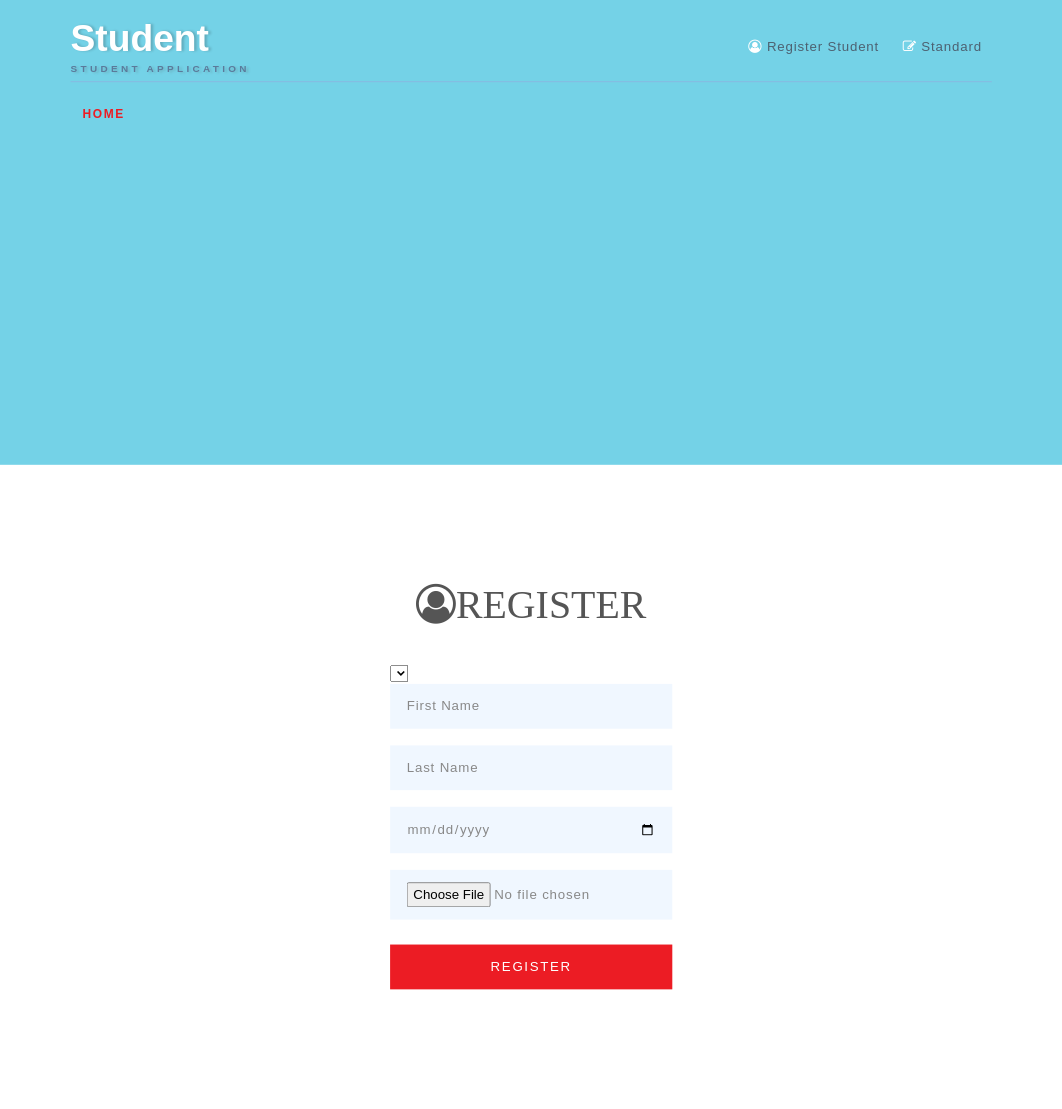
Repository: PallaviMadiya/Java-Framework-
Page: http://localhost/StudentApplication/register.jsp
These files come from the project's save history. The page is drawn as it stood at one moment and after the next save; the edit follows.
The browser window is 1280 px wide. The pictures show the whole page, at 83% of full size.
Some web fonts or font styles are not loaded; a fallback is used. The page is served by Tomcat 9. Other server files are loaded and not shown. Queries for data that is not in the repository find no rows.

Above is the page before, as saved 2023-10-17 14:18:23.

### StudentApplication/src/main/webapp/register.jsp

<%@ page language="java" contentType="text/html; charset=ISO-8859-1"
    pageEncoding="ISO-8859-1"%>
    <%@page import="dao.StudentDao"%>
<%@page import="model.Standard"%>
<%@page import="java.util.*"%>
<!DOCTYPE html>
<html>
<head>
<meta charset="ISO-8859-1">
<title>Insert title here</title>
</head>
<body>
<%@include file="header.jsp" %>
 <!-- //banner-->
    <!--/login -->
    <section class="banner-bottom py-5">
        <div class="container">
            <div class="content-grid">
                <div class="text-center icon">
                    <span class="fa fa-user-circle-o">REGISTER</span>
                </div>
                <div class="content-bottom">

                    <form action="StudentController" method="post">
                        <%List<Standard> list = StudentDao.getStandardList(); %>

                    	<select name="Standard">
							<% for (Standard l : list) { %>
								<option value="<%=l.getName() %>"></option>
							<% } %>
						</select>


                        <div class="field-group">
                            <div class="content-input-field">
                                <input name="fname" id="text1" type="text" value="" placeholder="First Name" required="">
                            </div>
                        </div>

                        <div class="field-group">
                            <div class="content-input-field">
                                <input name="lname" id="text1" type="text" value="" placeholder="Last Name" required="">
                            </div>
                        </div>

                        <div class="field-group">
                            <div class="content-input-field">
                                <input name="dob" id="text1" type="date" value="" placeholder="Date Of Birth" required="">
                            </div>
                        </div>

                        <div class="field-group">
                            <div class="content-input-field">
                                <input name="image" id="text1" type="file" value="" placeholder="Student Image" required="">
                            </div>
                        </div>


                        <div class="content-input-field">
                            <button type="submit" class="btn" name="action" value="register">Register</button>
                        </div>

                    </form>
                </div>
            </div>
        </div>
    </section>
    <!-- /login -->
</body>
</html>

### StudentApplication/src/main/webapp/header.jsp
<%@ page language="java" contentType="text/html; charset=ISO-8859-1"
    pageEncoding="ISO-8859-1"%>
<!--
Author:W3layouts
Author URL: http://w3layouts.com
License: Creative Commons Attribution 3.0 Unported
License URL: http://creativecommons.org/licenses/by/3.0/
-->

<!DOCTYPE html>
<html lang="zxx">

<head>
    <title>Baggage Ecommerce Category Bootstrap Responsive Web Template | Home :: W3layouts</title>
    <!-- Meta tag Keywords -->
    <meta name="viewport" content="width=device-width, initial-scale=1">
    <meta charset="UTF-8" />
    <meta name="keywords" content="Baggage Responsive web template, Bootstrap Web Templates, Flat Web Templates, Android Compatible web template, Smartphone Compatible web template, free webdesigns for Nokia, Samsung, LG, SonyEricsson, Motorola web design" />
    <script>
        addEventListener("load", function() {
            setTimeout(hideURLbar, 0);
        }, false);

        function hideURLbar() {
            window.scrollTo(0, 1);
        }
    </script>
    <!-- //Meta tag Keywords -->
    <!-- Custom-Files -->
    <link rel="stylesheet" href="css/bootstrap.css">
    <!-- Bootstrap-Core-CSS -->
    <link rel="stylesheet" href="css/style.css" type="text/css" media="all" />
    <!-- Style-CSS -->
    <!-- font-awesome-icons -->
    <link href="css/font-awesome.css" rel="stylesheet">
    <!-- //font-awesome-icons -->
    <!-- /Fonts -->
    <link href="//fonts.googleapis.com/css?family=Hind:300,400,500,600,700" rel="stylesheet">
    <!-- //Fonts -->

</head>

<body>
    <div class="main-sec">
        <!-- //header -->
        <header class="py-sm-3 pt-3 pb-2" id="home">
            <div class="container">
                <!-- nav -->
                <div class="top-w3pvt d-flex">
                    <div id="logo">
                        <h1> <a href="index.jsp"><span class="log-w3pvt">Student</a> <label class="sub-des">Student Application</label></h1>
                    </div>

                    <div class="forms ml-auto">
                        <a href="register.jsp" class="btn"><span class="fa fa-user-circle-o"></span> Register Student</a>
                        <a href="stadard.jsp" class="btn"><span class="fa fa-pencil-square-o"></span> Standard</a>
                    </div>
                </div>
                <div class="nav-top-wthree">
                    <nav>
                        <label for="drop" class="toggle"><span class="fa fa-bars"></span></label>
                        <input type="checkbox" id="drop" />
                        <ul class="menu">
                            <li class="active"><a href="index.jsp">Home</a></li>

                        </ul>
                    </nav>
                    <!-- //nav -->
                    <div class="clearfix"></div>
                </div>
            </div>
        </header>
        <!-- //header -->

       </div>
  </body>
  </html>

### StudentApplication/src/main/java/dao/StudentDao.java
package dao;

import java.sql.Connection;
import java.sql.PreparedStatement;
import java.sql.ResultSet;
import java.sql.Statement;
import java.util.ArrayList;
import java.util.List;

import connection.DBConnection;
import model.Standard;

public class StudentDao {

	public static List<Standard> getStandardList(){
		List<Standard> listStandard= new ArrayList<Standard>();
		try {
			Connection conn =  DBConnection.createConnection();
			String sql = "SELECT * FROM standard";
			PreparedStatement pst = conn.prepareStatement(sql);
			ResultSet rs = pst.executeQuery();
			while(rs.next()) {
				Standard s = new Standard();
				s.setId(rs.getInt("id"));
				s.setName(rs.getString("name"));
				s.setStatus(rs.getString("status"));
				listStandard.add(s);
			}

		}catch(Exception e) {
			e.printStackTrace();
		}
		return listStandard;
	}
}

### StudentApplication/src/main/java/connection/DBConnection.java
package connection;

import java.sql.Connection;
import java.sql.DriverManager;

public class DBConnection {
	public static Connection createConnection() {
		Connection conn = null;
		try {
			Class.forName("com.mysql.cj.jdbc.Driver");
			conn = DriverManager.getConnection("jdbc:mysql://localhost:3306/testdb","root","");
		}catch(Exception e){
			e.printStackTrace();
		}
		return conn;
	}
}

Loaded but not shown: StudentApplication/src/main/webapp/css/bootstrap.css (library); StudentApplication/src/main/webapp/css/font-awesome.css (library); StudentApplication/src/main/webapp/css/style.css (1690 lines, source omitted)

After the next save:
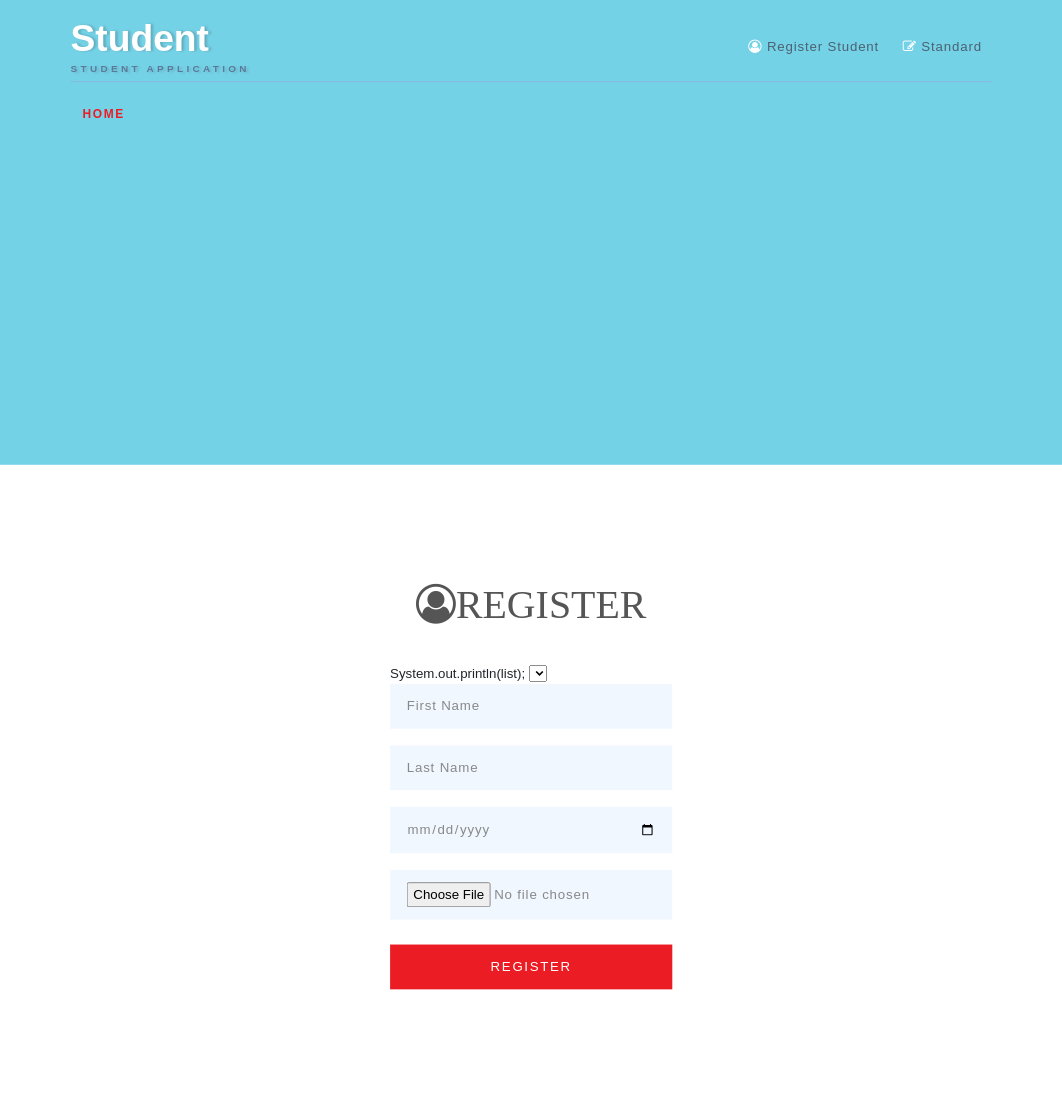
Saved 54 s later.
--- a/StudentApplication/src/main/webapp/register.jsp
+++ b/StudentApplication/src/main/webapp/register.jsp
@@ -24,7 +24,7 @@
 
                     <form action="StudentController" method="post">
                         <%List<Standard> list = StudentDao.getStandardList(); %>
-
+                    	System.out.println(list);
                     	<select name="Standard">
 							<% for (Standard l : list) { %>
 								<option value="<%=l.getName() %>"></option>

After the save that followed:
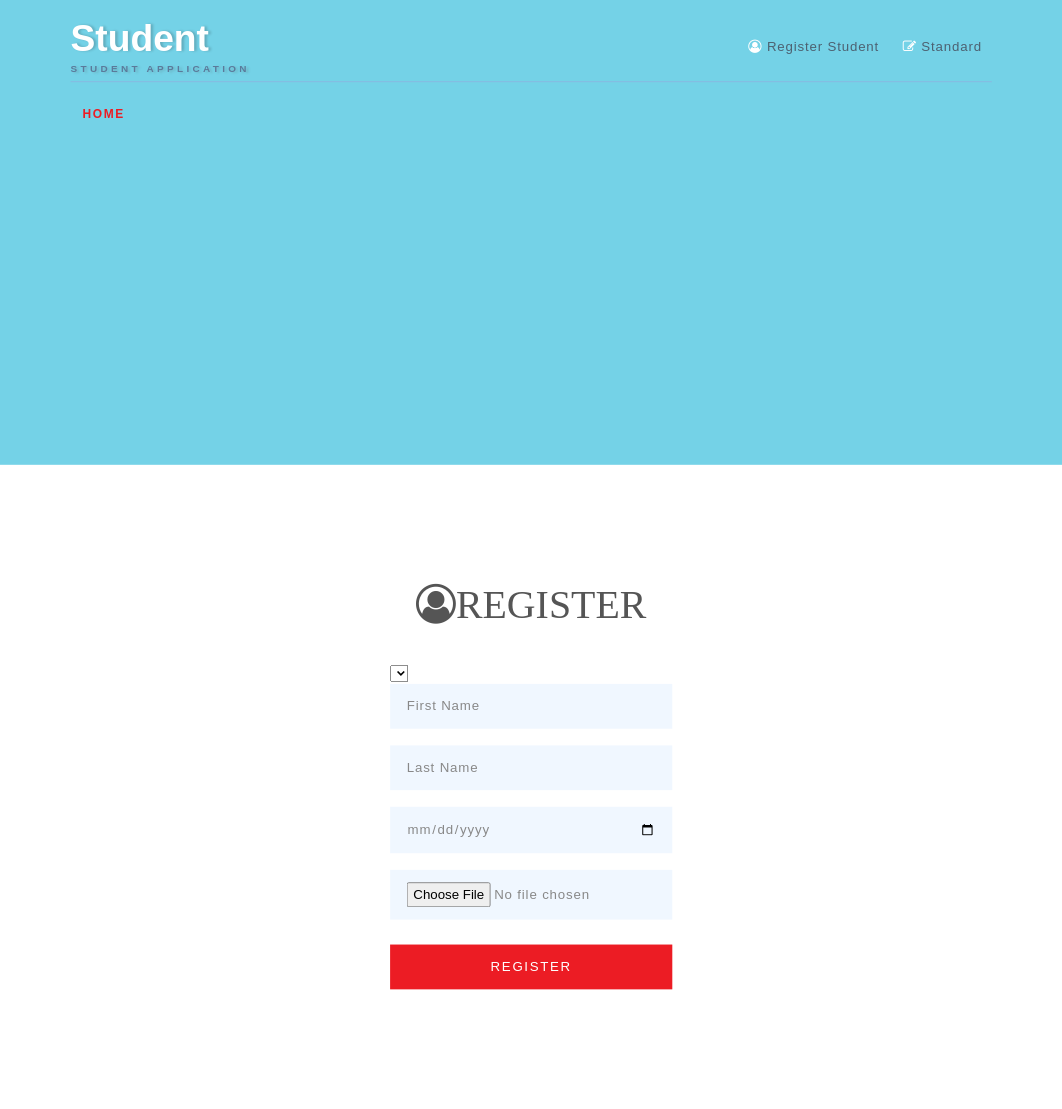
Saved 10 s later.
--- a/StudentApplication/src/main/webapp/register.jsp
+++ b/StudentApplication/src/main/webapp/register.jsp
@@ -24,10 +24,10 @@
 
                     <form action="StudentController" method="post">
                         <%List<Standard> list = StudentDao.getStandardList(); %>
-                    	System.out.println(list);
+
                     	<select name="Standard">
 							<% for (Standard l : list) { %>
-								<option value="<%=l.getName() %>"></option>
+								<option value="<%=l.getName() %>">System.out.println(list);</option>
 							<% } %>
 						</select>
 
